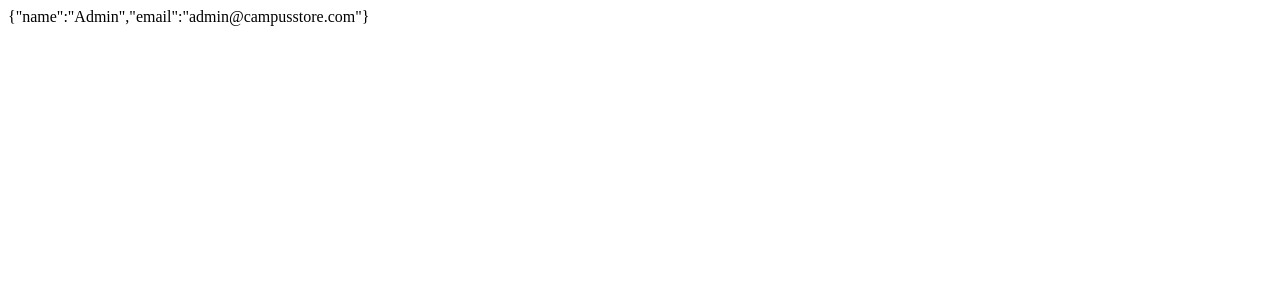
Repository: Kanika0004/CampusStore
Page: http://localhost/CampusStore/admin/backend/get_admin_profile.php
These files come from the project's save history. The page is drawn as it stood at one moment and after the next save; the edit follows.
The browser window is 1280 px wide. The pictures show the whole page.
The page is run by PHP 8.4 with error messages shown; the project is at /var/www/html/. The database holds what the project's SQL file puts in it.

Above is the page before, as saved 2026-03-21 00:25:45.

### admin/backend/get_admin_profile.php
<?php

include "../../backend/db.php";

$query = "SELECT name,email FROM admin WHERE id=1";

$result = mysqli_query($conn,$query);

$row = mysqli_fetch_assoc($result);

echo json_encode($row);

?>

### backend/db.php
<?php

$conn = new mysqli("localhost","root","","campusstore");

if($conn->connect_error){
    die("Connection Failed");
}

?>

### database.sql (the tables this page reads)
CREATE TABLE `admin` (
  `id` int(11) NOT NULL,
  `name` varchar(100) DEFAULT NULL,
  `email` varchar(100) DEFAULT NULL,
  `password` varchar(255) DEFAULT NULL
) ENGINE=InnoDB DEFAULT CHARSET=utf8mb4;

INSERT INTO `admin` (`id`,`name`,`email`,`password`) VALUES
(1,'Admin','admin@campusstore.com','admin123');

ALTER TABLE `admin`
  ADD PRIMARY KEY (`id`);

ALTER TABLE `admin`
  MODIFY `id` int(11) NOT NULL AUTO_INCREMENT, AUTO_INCREMENT=2;

After the next save:
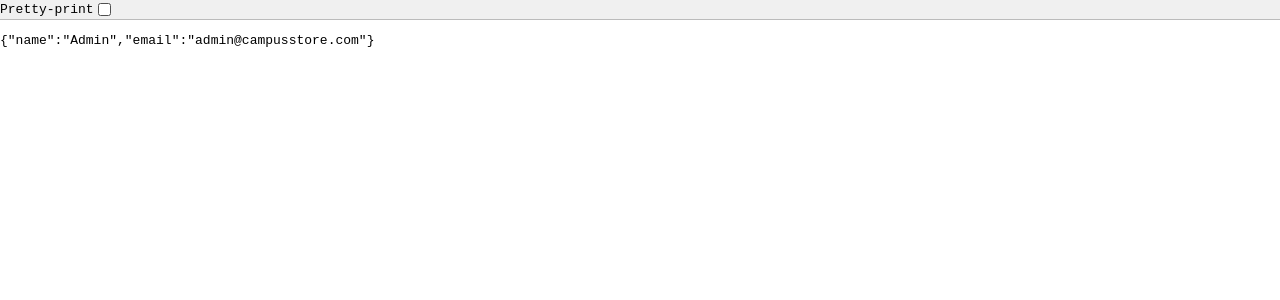
Saved 13 s later.
--- a/admin/backend/get_admin_profile.php
+++ b/admin/backend/get_admin_profile.php
@@ -1,13 +1,13 @@
 <?php
+header("Content-Type: application/json");
 
 include "../../backend/db.php";
 
-$query = "SELECT name,email FROM admin WHERE id=1";
+$query = "SELECT name, email FROM admin WHERE id=1";
 
-$result = mysqli_query($conn,$query);
+$result = mysqli_query($conn, $query);
 
 $row = mysqli_fetch_assoc($result);
 
 echo json_encode($row);
-
 ?>
